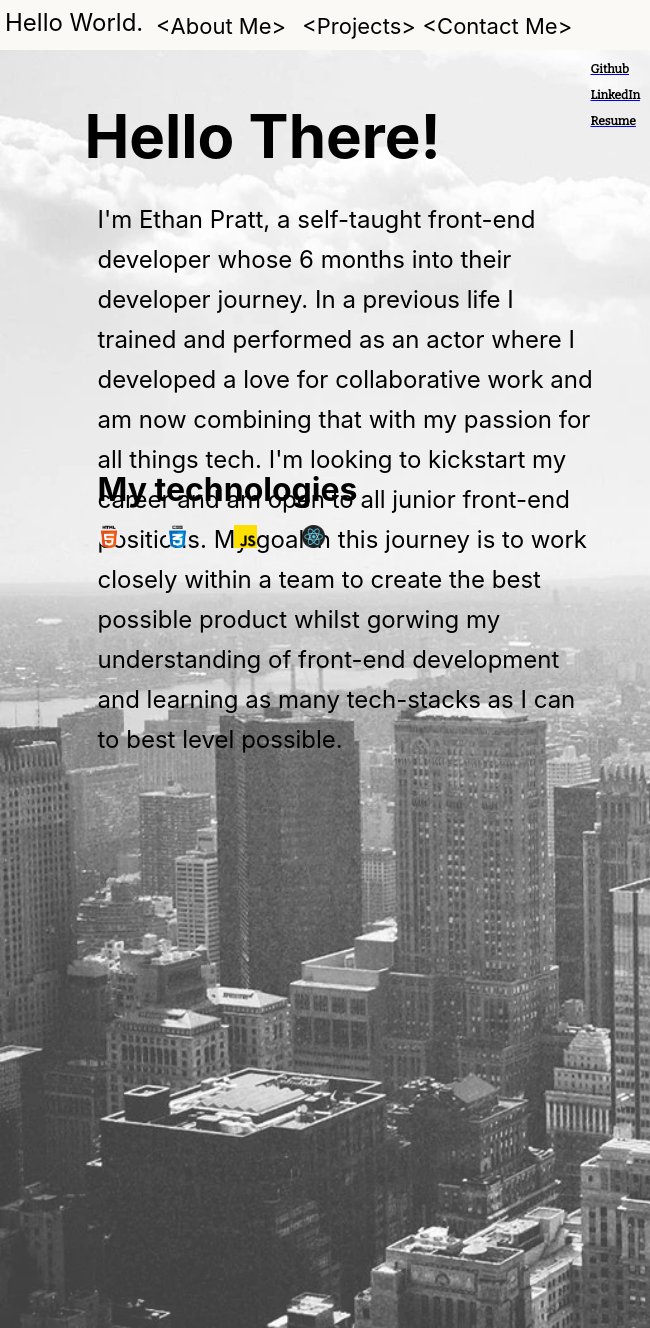
Repository: ghend99/website_ethan_pratt
Page: /about
An editor plug-in stored every save of this project. The page is shown before and after the next save, followed by the edit.
The browser window is 600 px wide. The page is 650 px wide, so the pictures cover 650 px, including what lies to the right of the window. The pictures show the whole page.
The project was rebuilt for these pictures with package versions that can differ from the ones it lists, and the page was loaded fresh each time. Also part of the build but not shown: src/pages/home.js, src/pages/project.js, src/css/contact.css, src/pages/contact.js.

Above is the page before, as saved 2023-04-03 12:24:41.

### public/index.html
<!DOCTYPE html>
<html lang="en">
  <head>
    <meta charset="utf-8" />
    <link rel="icon" href="%PUBLIC_URL%/favicon.ico" />
    <meta name="viewport" content="width=device-width, initial-scale=1" />
    <meta name="theme-color" content="#000000" />
    <meta
      name="description"
      content="Web site created using create-react-app"
    />
    <link rel="apple-touch-icon" href="%PUBLIC_URL%/logo192.png" />
    <!--
      manifest.json provides metadata used when your web app is installed on a
      user's mobile device or desktop. See https://developers.google.com/web/fundamentals/web-app-manifest/
    -->
    <link rel="manifest" href="%PUBLIC_URL%/manifest.json" />
    <!--
      Notice the use of %PUBLIC_URL% in the tags above.
      It will be replaced with the URL of the `public` folder during the build.
      Only files inside the `public` folder can be referenced from the HTML.

      Unlike "/favicon.ico" or "favicon.ico", "%PUBLIC_URL%/favicon.ico" will
      work correctly both with client-side routing and a non-root public URL.
      Learn how to configure a non-root public URL by running `npm run build`.
    -->
    <title>Ethan Pratt | Junior Front-End Developer</title>
  </head>
  <body>
    <noscript>You need to enable JavaScript to run this app.</noscript>
    <div id="root"></div>
    <!--
      This HTML file is a template.
      If you open it directly in the browser, you will see an empty page.

      You can add webfonts, meta tags, or analytics to this file.
      The build step will place the bundled scripts into the <body> tag.

      To begin the development, run `npm start` or `yarn start`.
      To create a production bundle, use `npm run build` or `yarn build`.
    -->
  </body>
</html>

### src/App.js
import { BrowserRouter as Router, Routes, Route } from "react-router-dom";
import { Home } from "./pages/home";
import { About } from "./pages/about.js";
import { Project } from "./pages/project.js";
import { Contact } from "./pages/contact.js";

function App() {
  return (
    <div className="App">
      <Router>
        <Routes>
          <Route path="/" element={<Home />} />
          <Route path="/projects" element={<Project />} />
          <Route path="/about" element={<About />} />
          <Route path="/contact" element={<Contact />} />
        </Routes>
      </Router>
    </div>
  );
}

export default App;

### src/pages/about.js
import "../css/about.css";
import { Header } from "../components/header.js";
import html from "../images/html.png";
import css from "../images/css.png";
import javascript from "../images/javascript.png";
import react from "../images/react.png";

export const About = () => {
  return (
    <div className="bg">
      <Header />
      <div className="about-container">
        {/* Infomration Container */}
        <div className="info-container">
          <section className="about">
            <h1 className="about-header">Hello There!</h1>
            <p className="about-paragraph">
              I'm Ethan Pratt, a self-taught front-end developer whose 6 months
              into their developer journey. In a previous life I trained and
              performed as an actor where I developed a love for collaborative
              work and am now combining that with my passion for all things
              tech. I'm looking to kickstart my career and am open to all junior
              front-end positions. My goal in this journey is to work closely
              within a team to create the best possible product whilst gorwing
              my understanding of front-end development and learning as many
              tech-stacks as I can to best level possible.
            </p>
          </section>
        </div>

        {/* Technology Container */}
        <div id="technology-container">
          <h2 className="technology-header">My technologies</h2>
          <img
            className="stack-html"
            id="stack-icon"
            src={html}
            alt="html logo"
          />
          <img className="stack-css" id="stack-icon" src={css} alt="css-logo" />
          <img
            className="stack-javascript"
            id="stack-icon"
            src={javascript}
            alt="javascript-logo"
          />
          <img
            className="stack-react"
            id="stack-icon"
            src={react}
            alt="react-logo"
          />
        </div>
      </div>
    </div>
  );
};

### src/components/header.js
import React, { useState } from "react";
import { Link } from "react-router-dom";
import "../css/header.css";
import github from "../images/github.png";
import linkedin from "../images/linkedin.png";
import resume from "../images/resume.png";
import menu from "../images/menu.png";

export const Header = () => {
  return (
    <div className="header-container">
      <Link className="header-title" to="/">
        Hello World.
      </Link>
      <Link id="header-nav" className="header-projects" to="/projects">
        &lt;Projects&gt;
      </Link>
      <Link id="header-nav" className="header-about" to="/about">
        &lt;About Me&gt;
      </Link>
      <Link id="header-nav" className="header-contact" to="/contact">
        &lt;Contact Me&gt;
      </Link>
      <a href="https://github.com/ghend99" target={"_blank"}>
        <img id="header-socials" className="header-github" src={github} />
      </a>
      <a href="https://www.linkedin.com/in/ethanapratt/" target={"_blank"}>
        <img id="header-socials" className="header-linkedin" src={linkedin} />
      </a>
      <a
        href="https://acrobat.adobe.com/link/review?uri=urn:aaid:scds:US:74a2b676-94fc-39cd-90a1-4f5be50c7792"
        target={"_blank"}
      >
        <img id="header-socials" className="header-resume" src={resume} />
      </a>

      <div className="header-socials-list">
        <a href="https://github.com/ghend99" target={"_blank"}>
          <p className="header-socials-text">Github</p>
        </a>
        <a href="https://www.linkedin.com/in/ethanapratt/" target={"_blank"}>
          <p className="header-socials-text">LinkedIn</p>
        </a>
        <a href="https://www.linkedin.com/in/ethanapratt/" target={"_blank"}>
          <p className="header-socials-text">Resume</p>
        </a>
      </div>
    </div>
  );
};

### src/css/home.css
@import url("https://fonts.googleapis.com/css2?family=Bitter&display=swap");

#center-container {
  position: relative;
  max-width: 25%;
  min-width: 500px;
  height: 20%;
  border-bottom: solid;
  /* background-color: aqua; */
  margin-left: auto;
  margin-right: auto;
  top: 10%;
  text-align: center;
  padding: 70px 0;
}

.home-name {
  top: 0;
  font-size: 50px;
  font-weight: bold;
}

.home-job-title {
  font-size: 32px;
  font-family: "Bitter";
}

.home-resume,
.home-github,
.home-linkedin {
  position: absolute;
  bottom: -50px;
  text-decoration: none;
  color: black;
  font-size: 20px;
  font-weight: bold;
  height: 50px;
  padding-bottom: 10px;
}

.home-resume:hover,
.home-github:hover,
.home-linkedin:hover {
  border-bottom: solid;
}

.home-github {
  left: 0;
}

.home-linkedin {
  left: 45%;
}

.home-resume {
  right: 0;
}

### src/css/about.css
.about-container {
  position: relative;
  max-width: 100%;
  min-width: 600px;
  max-height: 100%;
  min-height: 550px;
  /* background-color: lightyellow; */
}

.info-container {
  position: relative;
  max-width: 100%;
  min-width: 530px;
  max-height: 100%;
  min-height: 420px;
  top: 50px;
  /* background-color: lightgreen; */
}

.about-header {
  position: absolute;
  /* display: inline-block; */
  left: 13%;
  margin: 0;
  font-size: 60px;
}

.about-paragraph {
  position: absolute;
  top: 100px;
  left: 15%;
  max-width: 50%;
  min-width: 500px;
  margin: 0;
  font-size: 24px;
  line-height: 40px;
}

#technology-container {
  position: relative;
  top: clamp(0, 20%, 200px);
  max-width: 70%;
  min-width: 40%;
  max-height: 100%;
  min-height: 150px;
  left: 15%;
  margin: 0;
  /* background-color: lightblue; */
}

.technology-header {
  position: absolute;
  margin: 0;
  font-size: clamp(2rem, 1vw, 4rem);
}

#stack-icon {
  position: absolute;
  top: 55px;
  width: 5%;
}

.stack-html {
  left: 0;
}

.stack-css {
  left: 15%;
}

.stack-javascript {
  left: 30%;
}

.stack-react {
  left: 45%;
}

### src/css/header.css
@import url("https://fonts.googleapis.com/css2?family=Bitter&display=swap");

.header-socials-text {
  color: black;
  text-decoration: none;
  border-bottom: none;
}

.header-container {
  position: relative;
  display: flex;
  flex-direction: row;
  max-width: 100%;
  min-width: 530px;
  max-height: 200px;
  min-height: 50px;
  background-color: #faf9f6;
  /* padding-top: 20px; */
}

.header-title {
  position: absolute;
  left: 5px;
  margin: 0;
  margin-right: clamp(20px, 50px, 30px);
  font-size: clamp(1rem, 4vw, 1.7rem);
  top: 8px;
  text-decoration: none;
  color: black;
}

#header-nav {
  position: absolute;
  display: flex;
  font-size: clamp(1rem, 4vw, 1.5rem);
  margin: 0;
  margin-right: clamp(20px, 50px, 30px);
  top: 8px;
}

.header-projects {
  left: clamp(30%, 46.5%, 60%);
  text-decoration: none;
  color: black;
}

.header-about {
  margin: 0;
  margin-left: 50px;
  margin-right: 100px;
  left: clamp(5px, 24%, 55%);
  text-decoration: none;
  color: black;
}

.header-contact {
  left: clamp(20%, 65%, 70%);
  text-decoration: none;
  color: black;
}

#header-socials {
  max-width: 11%;
  min-width: 35px;
  max-height: 50%;
  min-height: 10px;
  top: 15px;
  cursor: pointer;
}

#header-nav:hover {
  border-bottom: solid;
}

.header-github {
  position: absolute;
  right: clamp(10px, 12%, 110px);
}

.header-linkedin {
  position: absolute;
  right: clamp(5px, 10%, 60px);
}

.header-resume {
  position: absolute;
  right: clamp(10px, 10%, 10px);
}

.bg {
  position: relative;
  max-width: 100%;
  min-width: 650px;
  height: 100vh;
  min-height: 83rem;
  background-size: cover;
  background-repeat: no-repeat;
  background-position: center center;
}

.bg::before {
  content: "";
  background-image: url(../images/background-image.jpg);
  background-size: cover;
  position: absolute;
  top: 0px;
  right: 0px;
  bottom: 0px;
  left: 0px;
  opacity: 0.75;
}

.header-socials-list {
  position: absolute;
  right: 10px;
  top: 50px;
  font-size: 12px;
  font-weight: bold;
  font-family: "Bitter";
  color: black;
  opacity: 0;
  transition: all 0.2s;
}

@media screen and (min-width: 0) and (max-width: 1028px) {
  #header-socials {
    display: none;
  }

  .header-socials-list {
    opacity: 1;
  }
}

@media screen and (min-width: 0) and (max-width: 612px) {
  #header-nav {
    top: 13px;
    font-size: 22px;
  }

  .header-socials-menu {
    top: 15px;
    right: 10px;
    width: 20px;
    height: 20px;
  }
}

@media screen and (min-width: 0) and (max-width: 554px) {
  #header-nav {
    font-size: 20px;
  }

  .header-title {
    top: 15px;
    font-size: 16px;
  }
}

### src/css/project.css
@import url("https://fonts.googleapis.com/css2?family=Bitter&display=swap");

#projects-container {
  position: absolute;
  display: grid;
  grid-template-columns: 1fr 1fr 1fr;
  grid-template-rows: 3fr;
  max-width: 80%;
  min-width: 70%;
  max-height: 400vh;
  min-height: 150px;
  background-color: blue;
  /* opacity: 0.7; */
  left: 10%;
  top: 10%;
}

#single-project {
  position: relative;
  max-width: 100%;
  max-height: 600px;
  min-height: clamp(30%, 450px, 800px);
  border: solid;
  text-align: center;
  background-color: #faf9f6;
}

.project-name {
  font-family: "Bitter";
  font-size: clamp(18px, 24px, 30px);
}

#project-image {
  position: relative;
  max-width: 80%;
  max-height: 75%;
  min-height: 20%;
  top: -10px;
  margin-left: auto;
  margin-right: auto;
}

.image {
  width: 70%;
}

.project-footer {
  position: absolute;
  display: grid;
  grid-template-columns: 1fr 1fr 1fr;
  text-align: center;
  width: 100%;
  height: 6%;
  bottom: 0;
}

.source-link,
.source-demo,
.project-info {
  position: absolute;
  text-decoration: none;
  color: black;
  font-size: clamp(0.8rem, 0.5vw, 0.8rem);
  font-weight: bold;
  height: 20px;
  cursor: pointer;
}

.source-link {
  left: 5px;
}

.source-demo {
  right: 5px;
}

#project-information {
  font-size: 14px;
}

.source-link:hover,
.source-demo:hover,
.project-info:hover {
  border-bottom: solid;
}

@media screen and (min-width: 0) and (max-width: 1028px) {
  #project-container {
    grid-template-columns: 1fr 1fr 1fr;
  }

  #single-project {
    height: 50%;
  }

  .project-footer {
    grid-template-rows: 0.5fr;
    bottom: 0;
  }

  .source-link,
  .source-demo,
  .project-info {
    font-size: 10px;
    font-weight: bold;
  }

  .source-link {
    margin: 0;
  }

  .source-demo {
    margin: 0;
    right: 7px;
  }

  .project-info {
    margin: 0;
    top: -4px;
  }
}

@media screen and (min-width: 0) and (max-width: 708px) {
  #projects-container {
    height: 20%;
  }

  .project-footer {
    bottom: 0;
  }

  .source-link,
  .source-demo,
  .project-info {
    font-size: 8px;
  }

  /* #single-project {
    min-height: 300px;
  } */
}

Loaded but not shown: src/index.js (common file); src/index.css (common file)

After the next save:
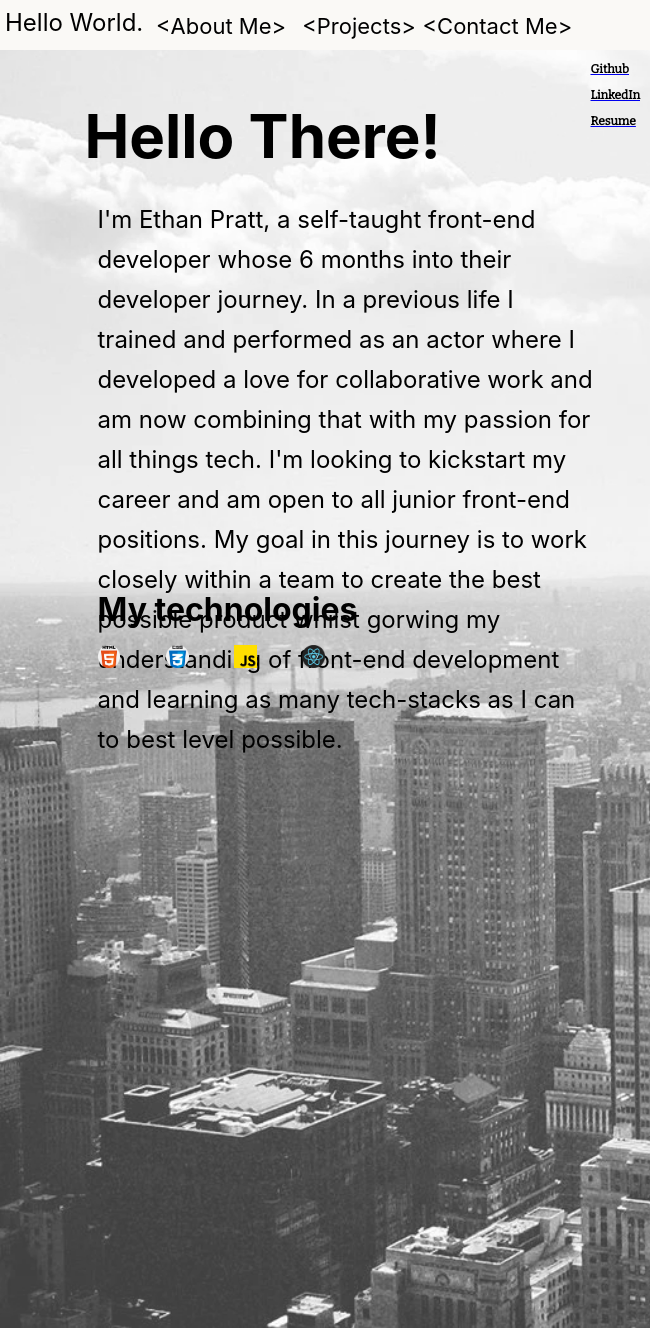
Saved 33 s later.
--- a/src/css/about.css
+++ b/src/css/about.css
@@ -38,7 +38,7 @@
 
 #technology-container {
   position: relative;
-  top: clamp(0, 20%, 200px);
+  bottom: 70px;
   max-width: 70%;
   min-width: 40%;
   max-height: 100%;
@@ -75,3 +75,27 @@
 .stack-react {
   left: 45%;
 }
+
+@media screen and (min-width: 0) and (max-width: 1230px) {
+  #technology-container {
+    top: 20px;
+  }
+}
+
+@media screen and (min-width: 0) and (max-width: 970px) {
+  #technology-container {
+    top: 80px;
+  }
+}
+
+@media screen and (min-width: 0) and (max-width: 724px) {
+  #technology-container {
+    top: 100px;
+  }
+}
+
+@media screen and (min-width: 0) and (max-width: 705px) {
+  #technology-container {
+    top: 120px;
+  }
+}
